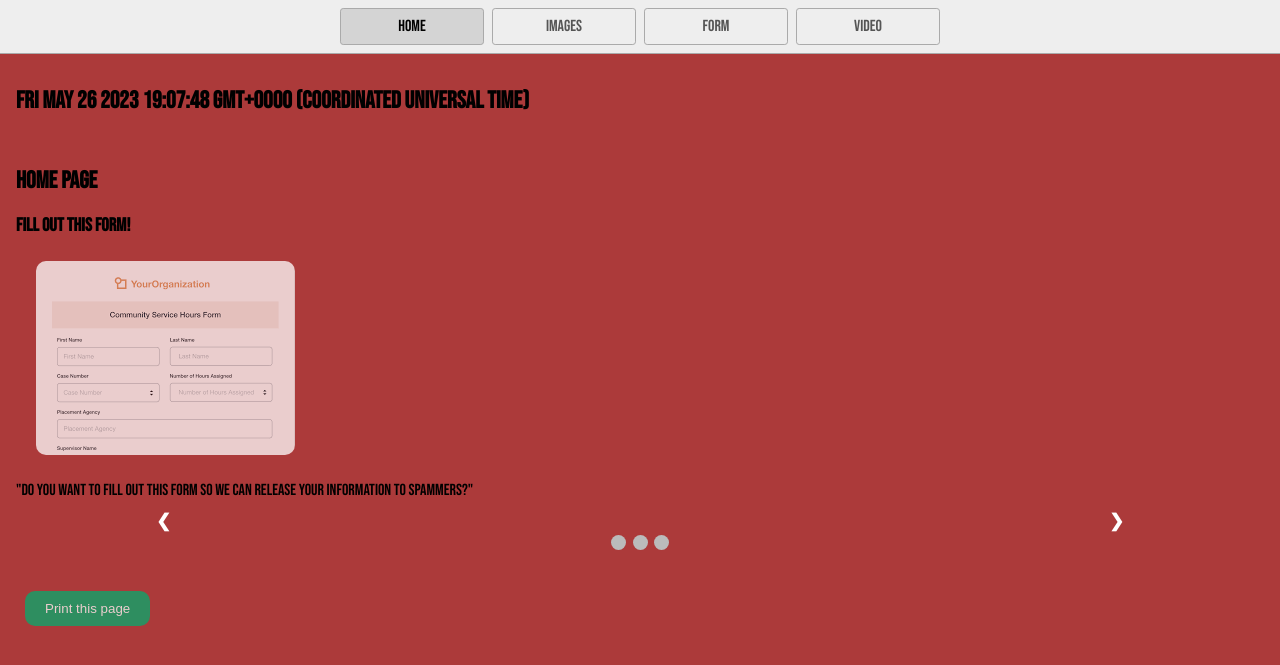
Repository: sebas6292/palmTree-Final
Page: Home.html
The author's editor kept a copy of each file at every save. The page is drawn from the files as they stood at one save, then again after the next save.
The browser window is 1280 px wide. The pictures show the whole page.

Above is the page before, as saved 2023-06-03 13:45:33.
Console error: TypeError: Cannot read properties of undefined (reading 'style')

### Home.html
<!DOCTYPE html>
<html lang="en">
  <head>
    <title>Jeff's Final</title>
    <meta charset="UTF-8" />
    <meta name="viewport" content="width=device-width" />
  <link rel="icon" href="/Assets/favicon.jpg" type="image/x-icon">
    <link rel="preconnect" href="https://fonts.googleapis.com">
    <link rel="preconnect" href="https://fonts.gstatic.com" crossorigin>
    <link href="https://fonts.googleapis.com/css2?family=Bebas+Neue&display=swap" rel="stylesheet">
    <link rel="stylesheet" href="styles.css" />
    <script type="module" src="script.js"></script>
  </head>
  <body>
    <nav>
      <a href="/Home.html" aria-current="page">Home</a>
      <a href="/Images.html">Images</a>
      <a href="/Form.html">Form</a>
      <a href="/Video.html">Video</a>
    </nav>
    <main>
      <h1>
        <script>
          document.write(Date())

          let slideIndex = 1;
showSlides(slideIndex);

// Next/previous controls
function plusSlides(n) {
  showSlides(slideIndex += n);
}

// Thumbnail image controls
function currentSlide(n) {
  showSlides(slideIndex = n);
}

function showSlides(n) {
  let i;
  let slides = document.getElementsByClassName("mySlides");
  let dots = document.getElementsByClassName("dot");
  if (n > slides.length) {slideIndex = 1}
  if (n < 1) {slideIndex = slides.length}
  for (i = 0; i < slides.length; i++) {
    slides[i].style.display = "none";
  }
  for (i = 0; i < dots.length; i++) {
    dots[i].className = dots[i].className.replace(" active", "");
  }
  slides[slideIndex-1].style.display = "block";
  dots[slideIndex-1].className += " active";
}
        </script>
        </h1>
        <br>
      <h1>Home page</h1>
      <div>
        <h3>Fill out this Form!</h3>
        <a
          href="/Form.html"
        >
          <img src="./Assets/form.png" />
        </a>
        <p>"Do you want to fill out this form so we can release your information to spammers?"</p>
      </div>
      <!-- Slideshow container -->
<div class="slideshow-container">

  <!-- Full-width images with number and caption text -->
  <div class="mySlides fade">
    <div class="numbertext">1 / 3</div>
    <img src="/Assets/CancunBeach.jpeg" style="width:100%">
    <div class="text">Cancun Beach</div>
  </div>

  <div class="mySlides fade">
    <div class="numbertext">2 / 3</div>
    <img src="/Assets/PhilipinesBeach.jpeg" style="width:100%">
    <div class="text">Philipines Beach</div>
  </div>

  <div class="mySlides fade">
    <div class="numbertext">3 / 3</div>
    <img src="/Assets/FijiBeach.jpeg" style="width:100%">
    <div class="text">Fiji Beach</div>
  </div>

  <!-- Next and previous buttons -->
  <a class="prev" onclick="plusSlides(-1)">&#10094;</a>
  <a class="next" onclick="plusSlides(1)">&#10095;</a>
</div>
<br>

<!-- The dots/circles -->
<div style="text-align:center">
  <span class="dot" onclick="currentSlide(1)"></span>
  <span class="dot" onclick="currentSlide(2)"></span>
  <span class="dot" onclick="currentSlide(3)"></span>
</div>
    </main>
    <button onclick="window.print()">Print this page</button>
  </body>
</html>

### styles.css
* {
    box-sizing: border-box;
  }

  body {
    margin: 0;
    font-family: 'Bebas Neue', sans-serif;
    color: black;
    background-color: white;
  }
  @keyframes body {
    0%   {background-color: white;}
    25%  {background-color: brown}
    50%  {background-color: purple;}
    100% {background-color: black;}
  }
  body {
    background-color: white;
    animation-name: body;
    animation-duration: 30s;
  }

  nav {
    display: flex;
    flex-wrap: wrap;
    align-items: center;
    justify-content: center;
    padding: 0.5rem;
    gap: 0.5rem;
    border-bottom: solid 1px #aaa;
    background-color: #eee;
  }

  nav a {
    display: inline-block;
    min-width: 9rem;
    padding: 0.5rem;
    border-radius: 0.2rem;
    border: solid 1px #aaa;
    text-align: center;
    text-decoration: none;
    color: #555;
  }

  nav a[aria-current='page'] {
    color: #000;
    background-color: #d4d4d4;
  }

  main {
    padding: 1rem;
  }

  h1 {
    font-weight: bold;
    font-size: 1.5rem;
  }
  .form-title {
    margin-left: 57px;
    color: whitesmoke;
    padding-top: 15px;
  }

  .bg-img {
    background-image: url('/Assets/pier2.jpeg');
    height: 500px;
    border-radius: 10px;
  }

  .form-container {
    position: absolute;
    margin: 0 0 0 40px;
    max-width: 400px;
    padding: 24px;
    background-color: whitesmoke;
    border-radius: 10px;
  }
  input[type=text], input[type=password], input[id=comment] {
    width: 100%;
    padding: 10px;
    border: none;
    background: #f1f1f1;
    border-radius: 5px;
  }

  button {
    background-color: #04AA6D;
    padding: 10px 20px 10px 20px;
    margin: 20px 0px 40px 25px;
    border-radius: 10px;
    cursor: pointer;
    color: white;
    border: none;
    opacity: 0.75;
  }
  button:hover {
    opacity: 1.25;
  }
  .btn {
    background-color: #04AA6D;
    color: white;
    margin-bottom: .5rem ;
    padding: 5px 0 5px 0;
    border: none;
    cursor: pointer;
    border-radius: 5px;
    width: 100%;
    opacity: 0.75;
  }
  .btn:hover {
    opacity: 1;
  }
  img {
    border-radius: 10px;
    margin: 5px 0 5px 20px;
    opacity: .75;
  }
  img:hover {
    opacity: 1;
    width: 300px;
  }
  .video-title {
   margin: 0px 0 0 20px;
   padding-top: 20px;
  }

  video {
    margin: 20px 0 0 15px;
    border-radius: 10px;
  }

  * {box-sizing:border-box}

/* Slideshow container */
.slideshow-container {
  max-width: 1000px;
  position: relative;
  margin: auto;
}

/* Hide the images by default */
.mySlides {
  display: none;
}

/* Next & previous buttons */
.prev, .next {
  cursor: pointer;
  position: absolute;
  top: 50%;
  width: auto;
  margin-top: -22px;
  padding: 16px;
  color: white;
  font-weight: bold;
  font-size: 18px;
  transition: 0.6s ease;
  border-radius: 0 3px 3px 0;
  user-select: none;
}

/* Position the "next button" to the right */
.next {
  right: 0;
  border-radius: 3px 0 0 3px;
}

/* On hover, add a black background color with a little bit see-through */
.prev:hover, .next:hover {
  background-color: rgba(0,0,0,0.8);
}

/* Caption text */
.text {
  color: #f2f2f2;
  font-size: 15px;
  padding: 8px 12px;
  position: absolute;
  bottom: 8px;
  width: 100%;
  text-align: center;
}

/* Number text (1/3 etc) */
.numbertext {
  color: #f2f2f2;
  font-size: 12px;
  padding: 8px 12px;
  position: absolute;
  top: 0;
}

/* The dots/bullets/indicators */
.dot {
  cursor: pointer;
  height: 15px;
  width: 15px;
  margin: 0 2px;
  background-color: #bbb;
  border-radius: 50%;
  display: inline-block;
  transition: background-color 0.6s ease;
}

.active, .dot:hover {
  background-color: #717171;
}

/* Fading animation */
.fade {
  animation-name: fade;
  animation-duration: 1.5s;
}

@keyframes fade {
  from {opacity: .4}
  to {opacity: 1}
}

Loaded but not shown: script.js (no stored copy; drawn as an empty file)

After the next save:
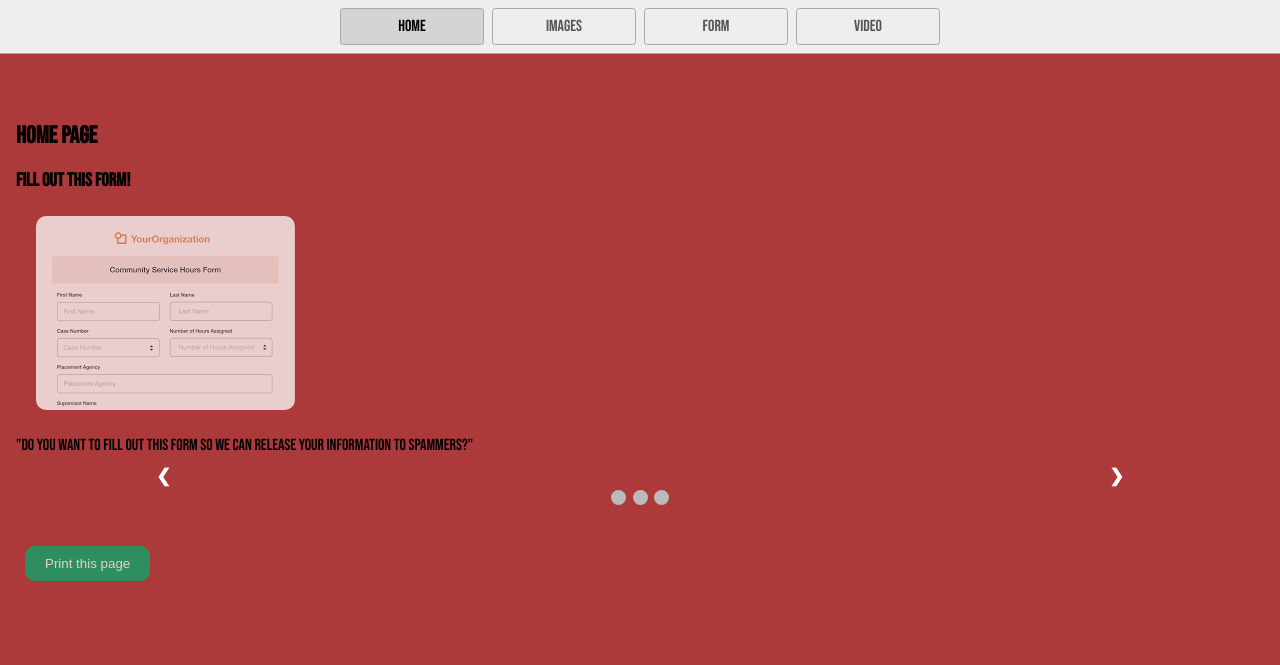
The error is gone.
Saved 23 s later.
--- a/Home.html
+++ b/Home.html
@@ -20,38 +20,6 @@
     </nav>
     <main>
       <h1>
-        <script>
-          document.write(Date())
-
-          let slideIndex = 1;
-showSlides(slideIndex);
-
-// Next/previous controls
-function plusSlides(n) {
-  showSlides(slideIndex += n);
-}
-
-// Thumbnail image controls
-function currentSlide(n) {
-  showSlides(slideIndex = n);
-}
-
-function showSlides(n) {
-  let i;
-  let slides = document.getElementsByClassName("mySlides");
-  let dots = document.getElementsByClassName("dot");
-  if (n > slides.length) {slideIndex = 1}
-  if (n < 1) {slideIndex = slides.length}
-  for (i = 0; i < slides.length; i++) {
-    slides[i].style.display = "none";
-  }
-  for (i = 0; i < dots.length; i++) {
-    dots[i].className = dots[i].className.replace(" active", "");
-  }
-  slides[slideIndex-1].style.display = "block";
-  dots[slideIndex-1].className += " active";
-}
-        </script>
         </h1>
         <br>
       <h1>Home page</h1>
